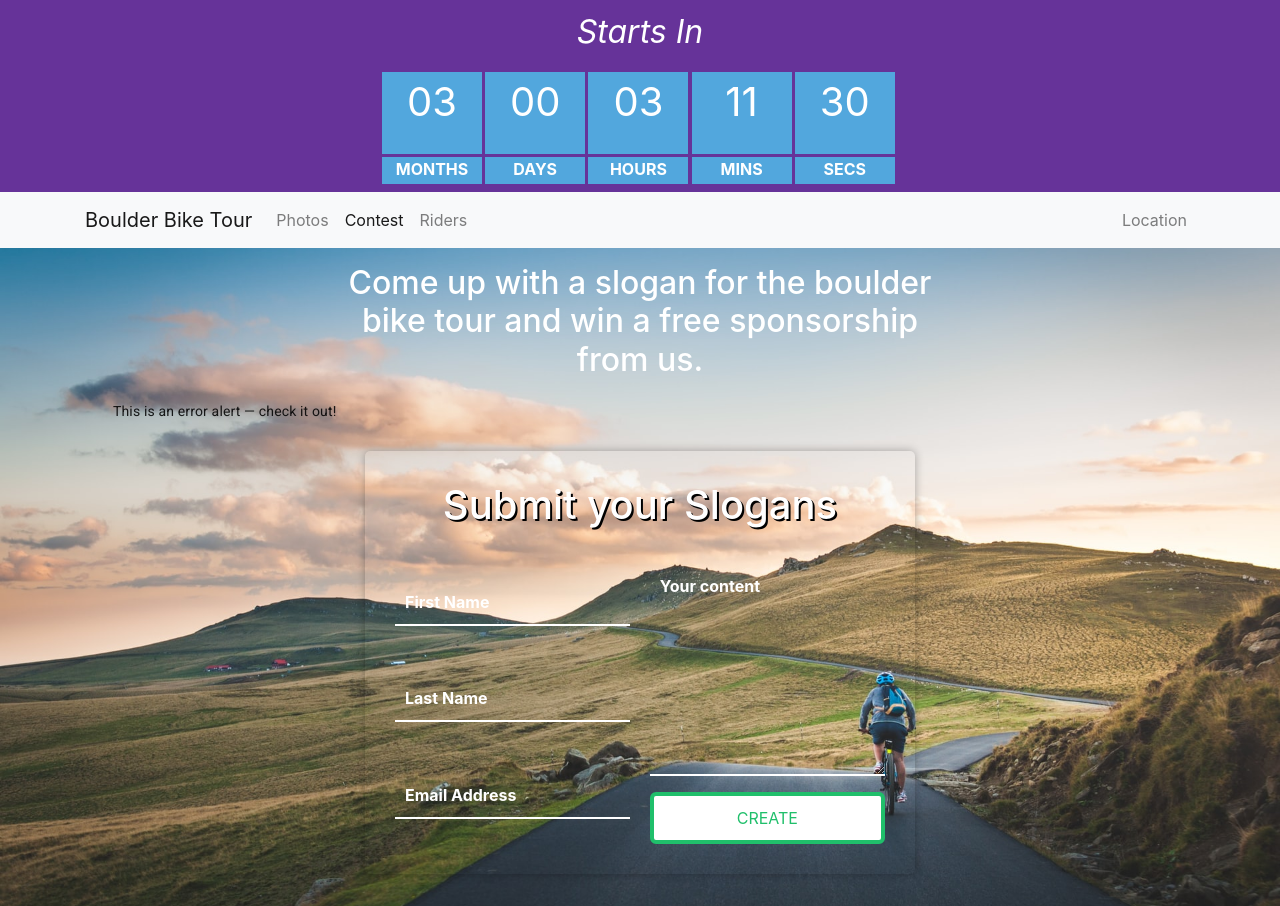
Repository: akinsikuoluwafemi/boulder_bike_tour_frontend
Page: /contest
These files come from the project's save history. The page is drawn as it stood at one moment and after the next save; the edit follows.
The browser window is 1280 px wide. The pictures show the whole page.
The page's requests for data from a server got no answer. Some web libraries are served in a nearby version. The project was rebuilt for these pictures with package versions that can differ from the ones it lists, and the page was loaded fresh each time. No one was signed in, and anything a server would have sent is missing. Also part of the build but not shown: src/components/Home/LatestNews.js, src/components/Home/Winners.js, src/components/Accordions/Accordions.js, src/components/Home/FooterContent.js, src/components/Home/Home.js, src/components/Location/mapStyles.js, src/components/Spinner/Spinner.scss, src/components/Spinner/Spinner.js and 5 more.

Above is the page before, as saved 2020-08-23 07:34:55.

After the next save:
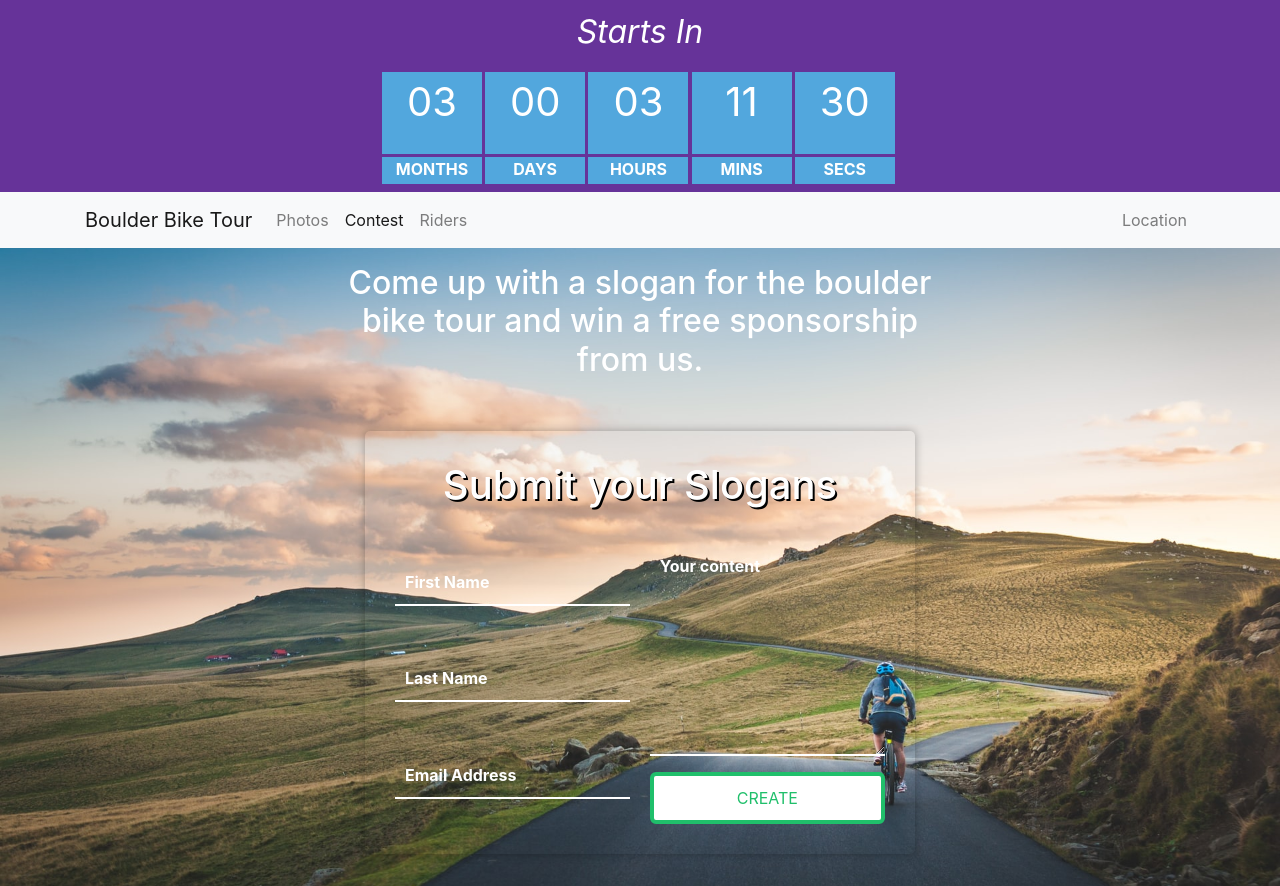
Saved 70 s later.
--- a/src/components/Contest/Contest.js
+++ b/src/components/Contest/Contest.js
@@ -70,7 +70,7 @@ const Contest = () => {
             <AlertContext.Provider value={{ alert, setAlert }}>
               {/* <Alert severity={severity}>{alertText}</Alert> */}
               <Alert severity={alert}>
-                This is an error alert — check it out!
+
               </Alert>
 
               <div className="px-3 py-3 form-center">
